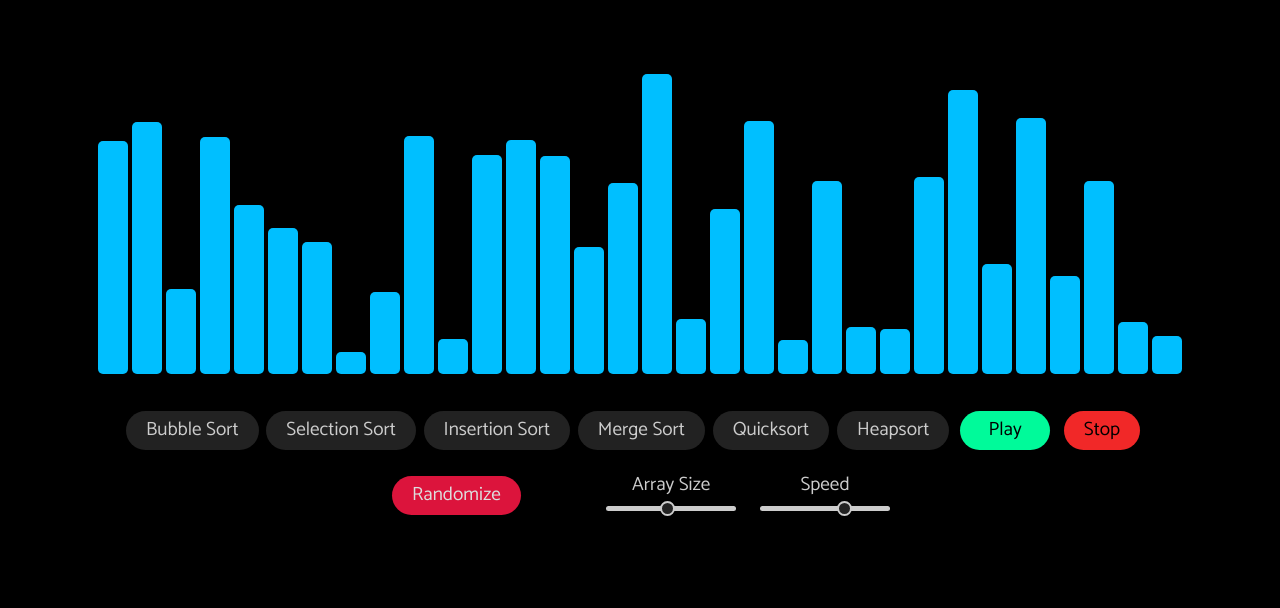
Repository: sneha1010/Sorting-visualizer
Page: index.html
An editor plug-in stored every save of this project. The page is shown before and after the next save, followed by the edit.
The browser window is 1280 px wide. The pictures show the whole page.

Above is the page before, as saved 2022-06-14 18:39:27.

### index.html
<!DOCTYPE html>
<html lang="en">
<head>
    <meta charset="utf-8">
    <meta name="viewport" content="width=device-width, initial-scale=1, shrink-to-fit=no">

    <link rel="stylesheet" href="https://stackpath.bootstrapcdn.com/bootstrap/4.5.2/css/bootstrap.min.css" integrity="sha384-JcKb8q3iqJ61gNV9KGb8thSsNjpSL0n8PARn9HuZOnIxN0hoP+VmmDGMN5t9UJ0Z" crossorigin="anonymous">
    <link href="https://fonts.googleapis.com/css2?family=Catamaran:wght@100;200;300;400;500;600;700;800;900&display=swap" rel="stylesheet">
    <link rel="stylesheet" href="assets/style.css">
    <link rel="shortcut icon" href="assets/favicon.ico" type="image/x-icon">

    <title>Sorting Visualizer</title>
</head>
<body>
    <div class="container">
        <div id="array-container">
            <div id="array"><div id="bar"></div></div>
            <h5 id="no-algo-warning" class="display-none">No Algorithm Selected!</h5>
        </div>
        <div id="algo-container">
            <button id="bubble" class="algo-btn">Bubble Sort</button>
            <button id="selection" class="algo-btn">Selection Sort</button>
            <button id="insertion" class="algo-btn">Insertion Sort</button>
            <button id="merge" class="algo-btn">Merge Sort</button>
            <button id="quick" class="algo-btn">Quicksort</button>
            <button id="heap" class="algo-btn">Heapsort</button>
            <button id="sort">Play</button>
            <button id="stop">Stop</button>
        </div>
        <div id="change-container">
            <button id="randomize">Randomize</button>
            <div id="sliders">
                <div class="slider-container">
                    <label>Array Size</label>
                    <input type="range" id="size-slider" class="slider" autocomplete="off">
                </div>
                <div class="slider-container">
                    <label>Speed</label>
                    <input type="range" id="speed-slider" class="slider" autocomplete="off">
                </div>
            </div>
        </div>
    </div>

    <script src="https://code.jquery.com/jquery-3.4.1.slim.min.js" integrity="sha384-J6qa4849blE2+poT4WnyKhv5vZF5SrPo0iEjwBvKU7imGFAV0wwj1yYfoRSJoZ+n" crossorigin="anonymous"></script>
    <script src="assets/script.js"></script>
    <script src="assets/bubble-sort.js"></script>
    <script src="assets/selection-sort.js"></script>
    <script src="assets/insertion-sort.js"></script>
    <script src="assets/merge-sort.js"></script>
    <script src="assets/quicksort.js"></script>
    <script src="assets/heapsort.js"></script>
</body>
</html>

<!--
    1. pause button
    2. reset button
    3. upper limit-lower limit
    4. ui

 -->

### assets/style.css
*:focus, button:focus {
    outline: none;
}

body {
    background-color: black;
    font-family: "Catamaran", sans-serif;
    color: #ccc;
}

.display-none {
    display: none;
}

.display-flex {
    display: flex;
}

#array-container {
    height: 350px;
    margin-top: 3em;
    display: flex;
    flex-direction: column-reverse;
    position: relative;
}

#array {
    margin: 1em auto;
}

.element {
    display: inline-block;
    border-radius: 5px;
}

#no-algo-warning {
    position: absolute;
    justify-content: center;
    align-items: center;
    top: 0;
    bottom: 0;
    left: 0;
    right: 0;
    margin: auto;
    width: 250px;
    height: 50px;
    text-align: center;
    background-color: rgba(0, 0, 0, 0.8);
    border: 1px solid #ccc;
    border-radius: 5px;
}

#algo-container {
    max-width: 1032px;
    margin: 0.5em auto;
}

.algo-btn, #sort, #stop,#randomize {
    background-color: #222;
    margin: 5px 2px;
    padding: 5px 20px;
    color: #ccc;
    font-size: 1.2em;
    border: none;
    border-radius: 50px;
}

.algo-btn:hover, .algo-btn-active {
    background-color: #ccc;
    color: #222;
}
.algo-btn:disabled{
    opacity: 0.8;
    /* cursor: not-allowed; */
    transition: all 100s ease-in-out;
}
#sort {
    /* float: right; */
    width: 90px;
    margin: 5px;
    background-color: mediumspringgreen;
    color: black;
}

#sort:hover, #randomize:hover {
    opacity: 0.8;
}

#sort:disabled, #randomize:disabled {
    opacity: 0.5;
    cursor: not-allowed;
}
#stop {
    /* float: right; */
    margin: 5px;
    background-color: rgb(241, 40, 40);
    color: black;
}
#stop:hover, #randomize:hover {
    opacity: 0.8;
}

#stop:disabled, #randomize:disabled {
    opacity: 0.5;
    cursor: not-allowed;
}
#change-container {
    max-width: 500px;
    margin: 1em auto;
}

#randomize, .slider-container {
    vertical-align: middle;
}

#randomize {
    background-color: crimson;
    color: #ddd;
}

#sliders {
    float: right;
}

.slider-container {
    display: inline-block;
    margin-left: 20px;
}

.slider-container label {
    display: block;
    margin: 0;
    text-align: center;
    font-size: 1.2em;
}

.slider {
    -webkit-appearance: none;
    width: 130px;
    height: 15px;
    background-color: transparent;
}

.slider::-webkit-slider-runnable-track {
    -webkit-appearance: none;
    height: 5px;
    background-color: #ccc;
    border-radius: 5px;
    cursor: pointer;
}

.slider::-moz-range-track {
    height: 5px;
    background-color: #ccc;
    border-radius: 5px;
    cursor: pointer;
}

.slider::-moz-range-progress {
    height: 5px;
    background-color: #777;
    border-radius: 5px;
    cursor: pointer;
}

.slider::-webkit-slider-thumb {
    -webkit-appearance: none;
    background-color: #222;
    border: 2px solid #ccc;
    width: 15px;
    height: 15px;
    border-radius: 15px;
    margin-top: -5px;
}

.slider::-moz-range-thumb {
    background-color: #222;
    border: 2px solid #ccc;
    width: 13px;
    height: 13px;
    border-radius: 13px;
    cursor: pointer;
}

.slider:disabled {
    opacity: 0.5;
}

.slider:disabled::-webkit-slider-runnable-track {
    cursor: not-allowed;
}

.slider:disabled::-moz-range-track {
    cursor: not-allowed;
}

.slider:disabled::-moz-range-progress {
    cursor: not-allowed;
}

.slider:disabled::-moz-range-thumb {
    cursor: not-allowed;
}

### assets/script.js
const MIN_SIZE = 4;
const MAX_SIZE = 64;
const DEFAULT_SIZE = 32;

const MIN_SPEED = 1;
const MAX_SPEED = 4;
const DEFAULT_SPEED = 3;

const MIN = 20;
const MAX = 300;

const WAITING_TIME = 100;

const UNSORTED = 'deepskyblue';
const SORTED = 'mediumspringgreen';
const COMPARE = 'crimson';
const SELECTED = 'blueviolet';
const LEFT = 'gold';
const RIGHT = 'orangered';

var size;
var delay;

var arr = [];

var array_container_width;
var element_width;
var element_width_max;
var margin_element;

var algo_selected;
var run=false;
var first=true;
var halt =false;

var sort_btn=document.getElementsByClassName("algo-btn");

function updateValues() {
    array_container_width = Math.floor( $("#array-container").width() );
    element_width_max = Math.floor(array_container_width / 20);

    margin_element = 2;
    if( parseInt( $(window).width() ) < 1200 )
        margin_element = 1;
}

function findElementWidth() {
    element_width = Math.floor(array_container_width / size);
    element_width -= 2 * margin_element;

    if(element_width > element_width_max)
        element_width = element_width_max;
}

function createArray() {
    arr = [];
    $("#array").html('');

    for(var i = 0; i < size; i++) {
        var n = Math.floor( Math.random() * (MAX - MIN + 1) ) + MIN;
        arr.push(n);
    //   $("#bar").html(n);
        var $element = $('<div>');
        $element.attr('id', "e" + i);
        $element.attr('class', "element");
        $element.css('background-color', UNSORTED);
        $element.css('width', element_width.toString() + 'px');
        $element.css('height', n.toString() + 'px');
        $element.css('margin-left', margin_element + 'px');
        $element.css('margin-right', margin_element + 'px');
        // $element.innerHTML(n);
        $element.appendTo("#array");

    }
}

function setHeight(id, height) {
    $("#e" + id).css('height', height);
    $("#e" + id).textContent = "1";
    // $("#e" + id).innerHTML=height;
}

function setColor(id, color) {
    $("#e" + id).css('background-color', color);
}

function setColorRange(p, r, color) {
    for(var i = p; i <= r; i++)
        $("#e" + i).css('background-color', color);
}
function pauseHandler()
{
    const pause = document.getElementById("sort");
    run = run === true ? false : true;
    pause.textContent = run === true ? "Pause" : "Play";
}
async function pauseButton() {
    while (run == false) await sleep(1);
    return;
  }
function swap(a, b) {
    var temp = arr[a];
    arr[a] = arr[b];
    arr[b] = temp;

    var h1 = $("#e" + a).css('height');
    var h2 = $("#e" + b).css('height');

    setHeight(a, h2);
    setHeight(b, h1);
}

function disableOthers() {
    $(".algo-btn").prop('disabled', true);

    $("#randomize").prop('disabled', true);
    $("#size-slider").prop('disabled', true);
}

function enableOthers() {
    $(".algo-btn").prop('disabled', false);
    $("#sort").prop('disabled', false);
    $("#randomize").prop('disabled', false);
    $("#size-slider").prop('disabled', false);
}

function sleep(ms) {
    return new Promise(resolve => setTimeout(resolve, ms));
}

$(document).ready(function() {
    $("#size-slider").attr('min', MIN_SIZE);
    $("#size-slider").attr('max', MAX_SIZE);
    $("#size-slider").attr('value', DEFAULT_SIZE);

    $("#speed-slider").attr('min', MIN_SPEED);
    $("#speed-slider").attr('max', MAX_SPEED);
    $("#speed-slider").attr('value', DEFAULT_SPEED);

    size = DEFAULT_SIZE;
    delay = WAITING_TIME * Math.pow(2, MAX_SPEED - DEFAULT_SPEED);

    updateValues();

    findElementWidth();
    createArray();

    $("#randomize").click(
        function() {
            createArray();
        }
    );

    $(".algo-btn").click(
        function() {
            algo_selected = $(this).html();

            $(".algo-btn-active").removeClass('algo-btn-active');
            $(this).addClass('algo-btn-active');
        //     var btn=document.getElementsByClassName("algo-btn");
        //     var selected=document.getElementsByClassName("algo-btn-active");
        //    btn.disable=true;
        //   selected.disable=false;
            $("#no-algo-warning").removeClass('display-flex');
            $("#no-algo-warning").addClass('display-none');
        }
    );

    $("#sort").click(
        async function() {
            if(first){
                first=false;


            disableOthers();

            setColorRange(0, size - 1, UNSORTED);

            if(algo_selected == "Bubble Sort"){
                pauseHandler();
                await bubbleSort();
            }

            else if(algo_selected == "Selection Sort"){
                pauseHandler();
                await selectionSort();
            }

            else if(algo_selected == "Insertion Sort"){
                pauseHandler();
                await insertionSort();
            }

            else  if(algo_selected == "Merge Sort")
            {
                pauseHandler();
                await mergeSort(0, size - 1);
            }

            else if(algo_selected == "Quicksort"){
                pauseHandler();
                await quicksort(0, size - 1);
            }

            else if(algo_selected == "Heapsort")
            {
                pauseHandler();
                await heapsort();
            }

            else {
                $("#no-algo-warning").removeClass('display-none');
                $("#no-algo-warning").addClass('display-flex');
                first=true;
            }

            enableOthers();
        }
        else
        pauseHandler();
        }
    );

    $("#stop").click(
       function() {
      halt=true;
      algo_selected="";
      $(".algo-btn-active").removeClass('algo-btn-active');
      run=false;
      const pause = document.getElementById("sort");
    //   run = run === true ? false : true;
      pause.textContent = run === true ? "Pause" : "Play";
      first=true;
        }
    );





// pause.addEventListener("click", () => {
//   run = run === true ? false : true;
//   pause.textContent = run === true ? "Pause" : "Play";
// });
    $("#size-slider").on('input', function() {
        size = $(this).val();

        findElementWidth();
        createArray();
    });

    $("#speed-slider").on('input', function() {
        delay = WAITING_TIME * Math.pow(2, MAX_SPEED - $(this).val());
    });

    $(window).resize(function() {
        if(array_container_width != Math.floor( $("#array-container").width() )) {
            updateValues();

            findElementWidth();

            for(var i = 0; i < size; i++) {
                $("#e" + i).css('width', element_width.toString() + 'px');
                $("#e" + i).css('margin-left', margin_element + 'px');
                $("#e" + i).css('margin-right', margin_element + 'px');
            }
        }
    });
});

### assets/bubble-sort.js
async function bubbleSort() {

    sort_btn.disable=true;
    var i, j;
    await sleep(delay);
     halt=false;
    for(i = 0; i < size - 1; i++) {
        for(j = 0; j < size - i - 1; j++) {
            await sleep(delay);

            setColor(j, COMPARE);
            setColor(j + 1, COMPARE);
            await sleep(delay);

            if(arr[j] > arr[j + 1]) {
                swap(j, j + 1);
                await sleep(delay);
            }
            if(halt)
            break;
            while(run==false)
            await sleep(1);
            setColor(j, UNSORTED);
            setColor(j + 1, UNSORTED);
        }
       if(halt){
        setColorRange(0, size - 1, UNSORTED);
        break;
       }

        await sleep(delay);

        setColor(j, SORTED);
    }
     if(halt==false){
    setColor(0, SORTED);

     }
     halt=0;
}

### assets/insertion-sort.js
async function insertionSort() {
    var i, j, key;
    await sleep(delay);

    setColor(0, SELECTED);
    await sleep(delay);

    setColor(0, SORTED);

    for(i = 1; i < size; i++) {
        await sleep(delay);
        if(run==false)
        await pauseButton();
        setColor(i, SELECTED);
        await sleep(delay);

        j = i - 1;
        key = arr[i];

        while(j >= 0 && arr[j] > key) {
            if(run==false)
            await pauseButton();
            setColor(j, COMPARE);
            await sleep(delay);
            if(run==false)
            await pauseButton();
            swap(j, j + 1);
            if(run==false)
            await pauseButton();
            setColor(j, SELECTED);
            setColor(j + 1, COMPARE);
            await sleep(delay);
            if(run==false)
            await pauseButton();
            setColor(j + 1, SORTED);
            await sleep(delay);

            j--;
        }

        setColor(j + 1, SORTED);
    }
}

Loaded but not shown: assets/heapsort.js (no copy from this time; the picture is the same without it); assets/merge-sort.js (no copy from this time; the picture is the same without it); assets/quicksort.js (no copy from this time; the picture is the same without it); assets/selection-sort.js (no copy from this time; the picture is the same without it)

After the next save:
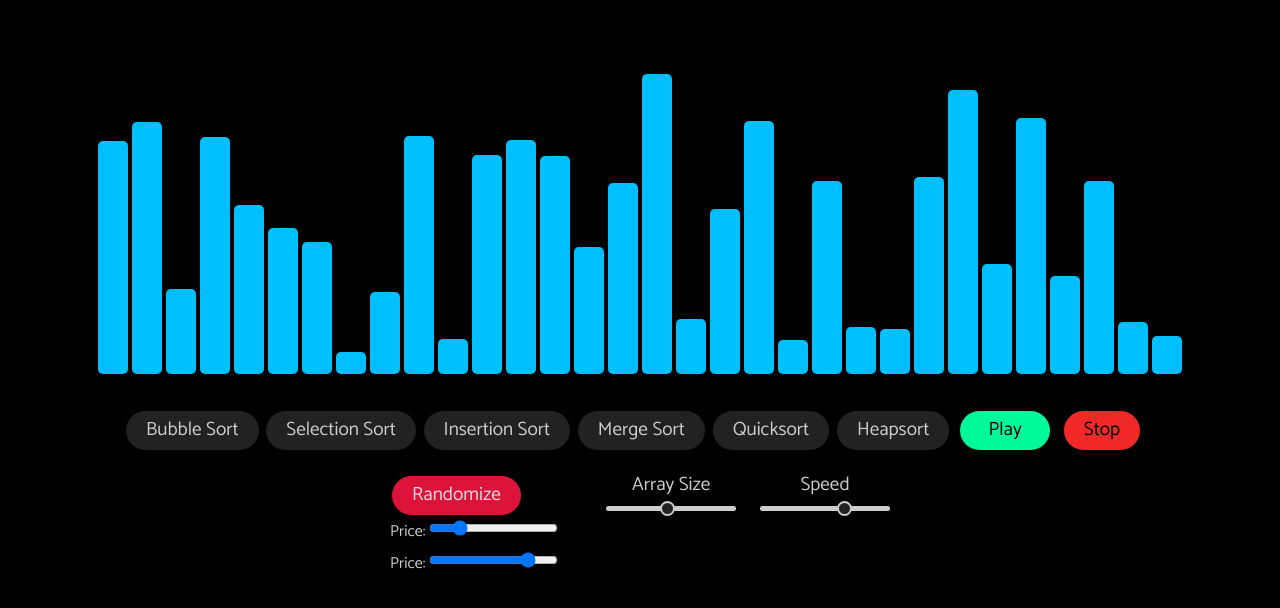
Saved 9 min 44 s later.
--- a/index.html
+++ b/index.html
@@ -39,6 +39,12 @@
                     <input type="range" id="speed-slider" class="slider" autocomplete="off">
                 </div>
             </div>
+            <div data-role="rangeslider">
+                <label for="price-min">Price:</label>
+                <input type="range" name="price-min" id="price-min" value="200" min="0" max="1000">
+                <label for="price-max">Price:</label>
+                <input type="range" name="price-max" id="price-max" value="800" min="0" max="1000">
+              </div>
         </div>
     </div>
 
